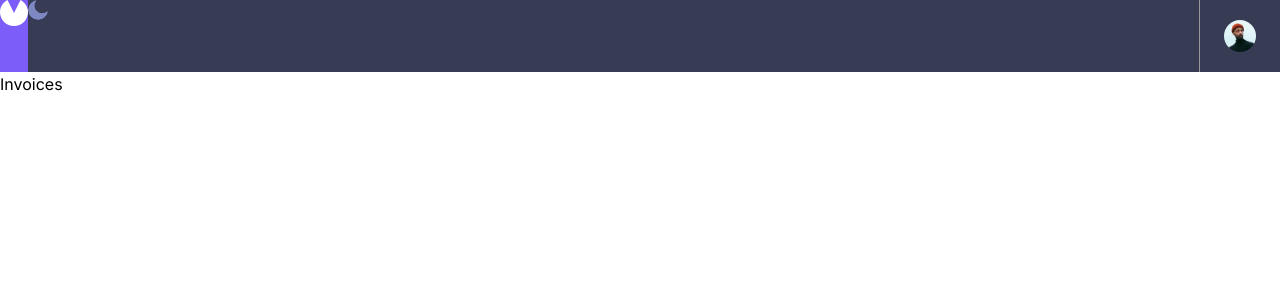
Repository: theoneswhodead/invoice-app
Page: /
An editor plug-in stored every save of this project. The page is shown before and after the next save, followed by the edit.
The browser window is 1280 px wide. The pictures show the whole page.
The project was rebuilt for these pictures with package versions that can differ from the ones it lists, and the page was loaded fresh each time. The framework's server and built-in components were replaced by stand-ins that run in the browser. Also part of the build but not shown: next.config.mjs.

Above is the page before, as saved 2024-08-19 17:47:57.

### app/layout.tsx
import type { Metadata } from "next";
import { Inter } from "next/font/google";
import "./globals.css";

const inter = Inter({ subsets: ["latin"] });

export const metadata: Metadata = {
  title: "Invoice app<",
  description: "Invoice app",
};

export default function RootLayout({
  children,
}: Readonly<{
  children: React.ReactNode;
}>) {
  return (
    <html lang="en">
      <head>
        <link
            rel="icon"
            type="image/png"
            sizes="16x16"
            href="/favicon-32x32.png"
          />
      </head>
      <body className={inter.className}>{children}</body>
    </html>
  );
}

### app/page.tsx
import BarMenu from "./components/BarMenu";
import Invoices from "./components/Invoices";

export default function Home() {
  return (
    <main className="">
      <BarMenu />
      <Invoices />
    </main>
  );
}

### app/globals.css
@import url('https://fonts.googleapis.com/css2?family=League+Spartan:wght@100..900&display=swap');

@tailwind base;
@tailwind components;
@tailwind utilities;

### app/components/BarMenu.tsx
import React from 'react'
import Image from 'next/image'

const BarMenu = () => {
  return (
    <nav className='bg-gray h-[4.5rem] flex justify-between'>
      <div className='flex justify-between'>
        <div className='bg-purple'>
            <Image
                src="/logo.svg"
                width={28}
                height={28}
                alt="Logo"
            />
        </div>
        <div>
            <Image
                src="/icon-moon.svg"
                width={20}
                height={20}
                alt="Theme Mode"
                className='rounded-full'
            />
        </div>
      </div>
      <div className='border-l border-light_gray'>
        <Image
            src="/image-avatar.jpg"
            width={32}
            height={32}
            alt="Avatar"
            className='rounded-full my-[1.25rem] mx-[1.5rem]'
        />
      </div>
    </nav>
  )
}

export default BarMenu

### app/components/Invoices.tsx
import React from 'react'

const Invoices = () => {
  return (
    <div>
      Invoices
    </div>
  )
}

export default Invoices

### tailwind.config.ts
import type { Config } from "tailwindcss";

const config: Config = {
  content: [
    "./pages/**/*.{js,ts,jsx,tsx,mdx}",
    "./components/**/*.{js,ts,jsx,tsx,mdx}",
    "./app/**/*.{js,ts,jsx,tsx,mdx}",
  ],
  darkMode: 'selector',
  theme: {
    extend: {
      colors: {
        "purple": "#7C5DFA",
        "light_purple": "#9277FF",
        "charcoal_blue": "#1E2139",
        "charcoal_gray": "#252945",
        "lavender_blue": "#DFE3FA",
        "cool_gray": "#888EB0",
        "wild_blue_yonder": "#7E88C3",
        "gunmetal": "#0C0E16",
        "coral_red": "#EC5757",
        "periwinkle": "#9277FF",
        "off_white": "#F8F8FB",
        "rich_black": "#141625",
        "gray": "#373B53",
        "light_gray": "#979797"
      },
      fontFamily: {
        Leagie_Spartan: ["League Spartan", "sans-serif"],
      },
      screens: {
        xxs: "280px",
        xs: "375px",
        ss: "580px",
        sm: "768px",
        md: "1060px",
        lg: "1440px",
        xl: "1700px",
      },
    },
  },
  plugins: [],
};
export default config;

After the next save:
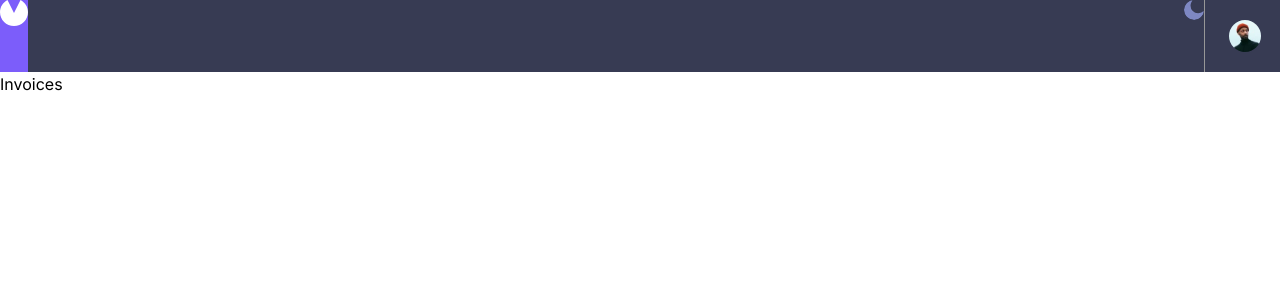
Saved 13 s later.
--- a/app/components/BarMenu.tsx
+++ b/app/components/BarMenu.tsx
@@ -4,7 +4,7 @@
 const BarMenu = () => {
   return (
     <nav className='bg-gray h-[4.5rem] flex justify-between'>
-      <div className='flex justify-between'>
+      <div className='flex justify-between w-full'>
         <div className='bg-purple'>
             <Image
                 src="/logo.svg"

After the 3 saves that followed:
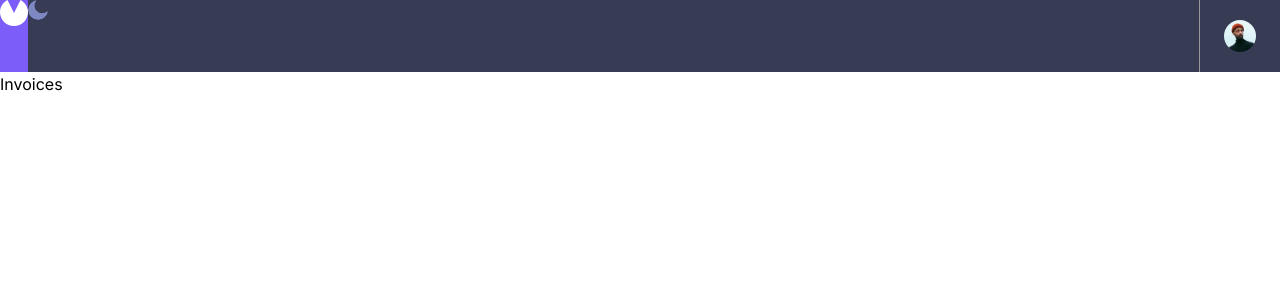
The 3 saves are shown as one change because they came seconds apart.
The last was saved 8 s later.
--- a/app/components/BarMenu.tsx
+++ b/app/components/BarMenu.tsx
@@ -4,7 +4,7 @@
 const BarMenu = () => {
   return (
     <nav className='bg-gray h-[4.5rem] flex justify-between'>
-      <div className='flex justify-between w-full'>
+      <div className='flex justify-between'>
         <div className='bg-purple'>
             <Image
                 src="/logo.svg"
